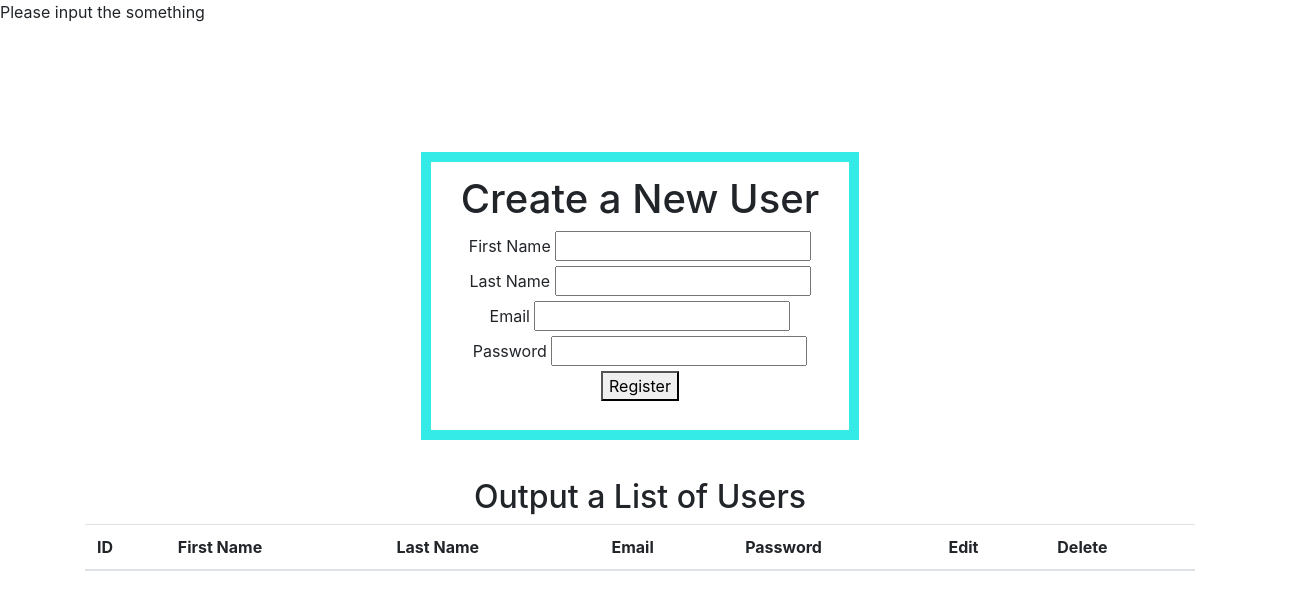
Repository: Lpanglb/COSW30
Page: http://localhost/Homework/HW6/crud_update.php
The author's editor kept a record of every edit. The page is drawn from the files as they stood at one moment, then again after the next edit.
The browser window is 1280 px wide. The page is 1295 px wide, then 1280 px, then 1295 px, so the pictures cover 1295 px, including what lies to the right of the window. The pictures show the whole page.
The page is run by PHP 8.4 with error messages shown; the project is at /var/www/html/. Queries for data that is not in the repository find no rows.

Above is the page before.

### Homework/HW6/crud_update.php
<?php
// Add the database connection

include('database.php');

/*
*   CHECK IF THE FORM HAS BEEN SUBMITTED AND INSERT
*   NEW USER INTO THE DATABASE
*/





           if($_SERVER['REQUEST_METHOD'] == 'POST') {
    $id = $_POST['user_id'];
    $first_name = $_POST['first_name'];
     $last_name = $_POST['last_name'];
      $email = $_POST['email'];
       $password = $_POST['password'];

       if($_POST['password']){}


        $insert_query = "INSERT INTO USER_LISAN(first_name,last_name,email, password)
                            VALUES ('$first_name', '$last_name', '$email','$password')";
        $result = mysqli_query($connection, $insert_query);

        if($result){
           echo '<div class="alert alert-success alert-dismissible">
    <button type="button" class="close" data-dismiss="alert">×</button>
    <strong>Success!</strong> Adding user is complete!
  </div>';

        }
            else {
                echo'error';
            }

        // $update_query = "UPDATE USER_LISAN SET first_name = '$first_name',
        //                                     last_name = '$last_name',
        //                                     email = '$email',
        //                                     password = '$password'

        //                     WHERE user_id = $id ";

}

  if(!empty($_POST['first_name']) && !empty($_POST['last_name'])){


}
else{

    echo "Please input the something";

}
/*
*   QUERY THE DATABASE AND STORE ALL USERS INTO A VARIABLE
*/
// Create your query


$query = 'SELECT * FROM USER_LISAN';


// Run your query
$result = mysqli_query($connection, $query);

// Check if the database returned anything
if($result) {
    $rows = mysqli_fetch_all($result, MYSQLI_ASSOC);
        // Output the results
      //  print_r($rows);


}

else {
    // Output an error
    echo'This is not working';
}

?>

<?php

include('header_c.php');

?>
<body>
     <div class="row row1">
         <div class= "col-*-*" col1">
             <!--closing padding top -->
         </div>
         </div>

    <div class="row ">
  <div class="col text-center">

    </div>
    </div> <!--closing col col text-->

     <div class="container-fluid">
     <div class= "row row2">
     <div class= "col col_form_right">
     <p></p>
     </div>
     <div class="col col_form col_border text-center">
     <h1>Create a New User</h1>
    <form action="crud_update.php" id="<?php ?>" method="POST">
        <label for="first_name" class=" ">First Name</label>
        <input type="text" id="first_name" name="first_name" class=" text" required><br>

        <label for="last_name" class=" ">Last Name</label>
        <input type="text" id="last_name" name="last_name" class=" " required><br>

        <label for="email" class=" ">Email    </label>
        <input type="email" id="email" name="email     " class=" " required ><br>

        <label for="password" class="">Password  </label>
        <input type="password" id="password" name="password" class=" " required ><br>

        <!--Add a second password input so the user has to retype their password -->

        <button>Register</button>

    </form>
    </div> <!--  closing form col-->

    <div class= "col col_form_left">
    <p></p>
     </div>  <!--closing col col_form_left-->


    </div> <!--closing row row2-->
    </div> <!--closing container-->

  <div class ="container list_btm text-center">

    <h2>Output a List of Users</h2>

    <table class= "table table-striped">
        <thead>
            <tr>
                <th>ID</th>
                <th>First Name</th>
                <th>Last Name</th>
                <th>Email</th>
                <th>Password</th>
                <th>Edit</th>
                <th>Delete</th>
            </tr>
        </thead>
        <tbody>
            <?php
            foreach($rows as $row)
            echo '
            <tr>
                <td>'.$row['user_id'].'</td>
                <td>'.$row['first_name'].'</td>
                <td>'.$row['last_name'].'</td>
                <td>'.$row['email'].'</td>
                <td>'.$row['password'].'</td>
                <td><button type="button" class="btn btn-outline-primary"> <a href ="update_c.php? id =' .$row['user_id'].' ">Edit</a></button></td>
                <td><button type="button" class="btn btn-outline-primary"> <a href ="delete_c.php?"  >Delete</a></button></td>

            </tr>';

            ?>

        </tbody>
    </table>
    </div>
</body>
</html>

### Homework/HW6/database.php
<?php

//Create environmnet variables

$hostname = getenv('DB_HOSTNAME');
$username = getenv('DB_USERNAME_CLASS');
$password = getenv('DB_PW_CLASS');
$dbname = getenv('DB_NAME_FULL');

//Establish the connetion to the database

$connection = mysqli_connect($hostname, $username, $password, $dbname);

?>

### Homework/HW6/header_c.php
<!doctype html>
<html>
<head>
    <title>My First CRUD</title>
    <meta charset="utf-8">
  <meta name="viewport" content="width=device-width, initial-scale=1">
  <link rel="stylesheet" href="https://maxcdn.bootstrapcdn.com/bootstrap/4.3.1/css/bootstrap.min.css">
  <script src="https://ajax.googleapis.com/ajax/libs/jquery/3.4.1/jquery.min.js"></script>
  <script src="https://cdnjs.cloudflare.com/ajax/libs/popper.js/1.14.7/umd/popper.min.js"></script>
  <script src="https://maxcdn.bootstrapcdn.com/bootstrap/4.3.1/js/bootstrap.min.js"></script>
  <style>
      A {text-decoration: none;}
      .row1{
         padding-bottom:10%;
      }
      .list_btm{ padding-top: 3%;}
      .col_border{
          border: 10px #34ebe8 solid;
          padding: 1%;
      }

  </style>
</head>

After the next edit:
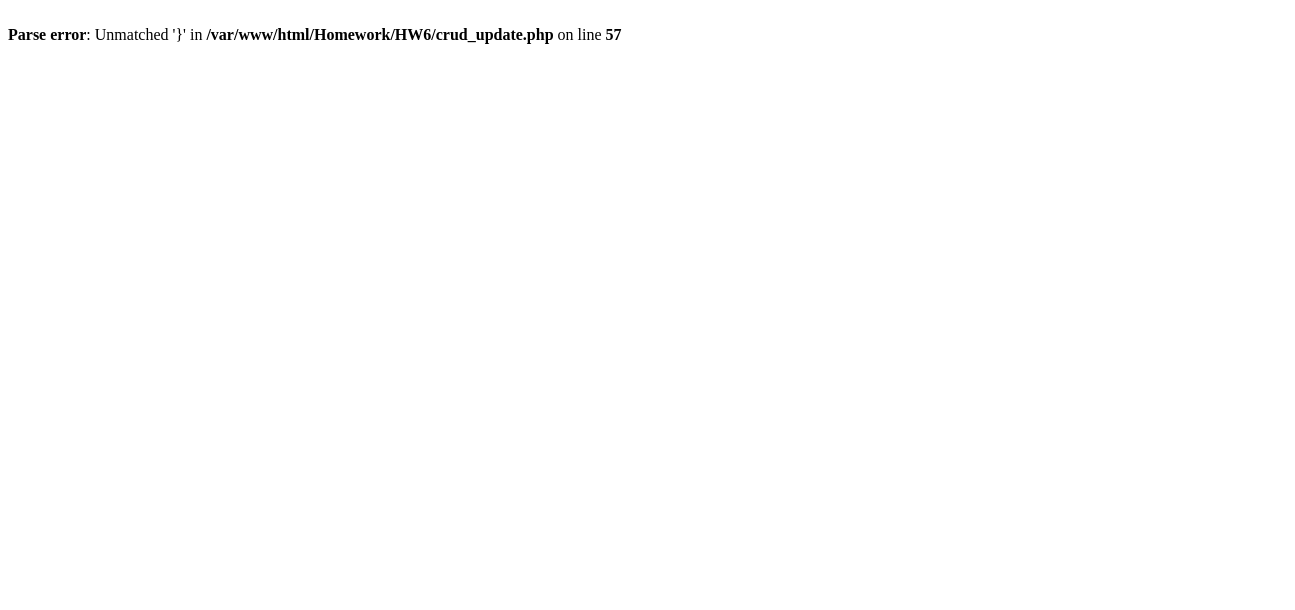
The edit:
--- a/Homework/HW6/crud_update.php
+++ b/Homework/HW6/crud_update.php
@@ -46,13 +46,13 @@
 
 }
 
-  if(!empty($_POST['first_name']) && !empty($_POST['last_name'])){
+//   if(empty($_POST['first_name']) && empty($_POST['last_name'])){
 
 
-}
-else{
+// }
+// else{
 
-    echo "Please input the something";
+//     echo "Please input the something";
 
 }
 /*

After the edit that followed:
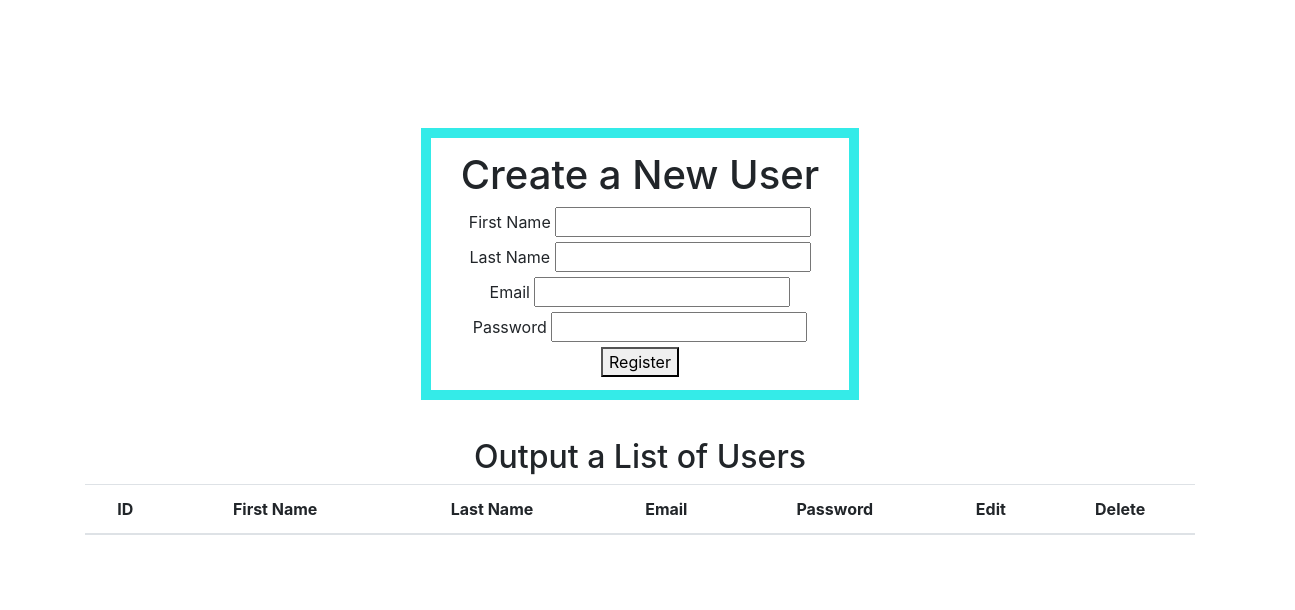
The edit:
--- a/Homework/HW6/crud_update.php
+++ b/Homework/HW6/crud_update.php
@@ -54,7 +54,7 @@
 
 //     echo "Please input the something";
 
-}
+// }
 /*
 *   QUERY THE DATABASE AND STORE ALL USERS INTO A VARIABLE
 */
